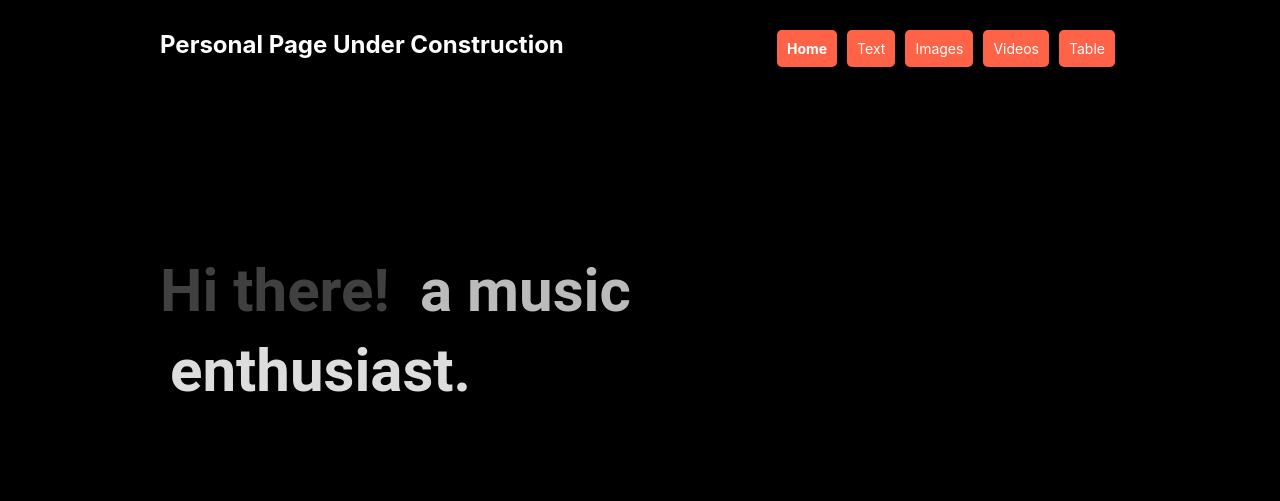
Repository: luhan68/personal_website
Page: index.html
These files come from the project's save history. The page is drawn as it stood at one moment and after the next save; the edit follows.
The browser window is 1280 px wide. The pictures show the whole page.

Above is the page before, as saved 2021-01-30 13:53:33.

### index.html
<div class="container" id="index">
    <link href='style.css' rel='stylesheet' type='text/css'>
    <div class="nav">
        <div class="nav-bar">
            <ul>
                <li class="index"><a href="index.html">Home</a></li>
                <li class="text"><a href="text.html">Text</a></li>
                <li class="images"><a href="image.html">Images</a></li>
                <li class="video"><a href="video.html">Videos</a></li>
                <li class="table"><a href="table.html">Table</a></li>
            </ul>

        </div>
    </div>

    <h2 class="title">Personal Page Under Construction</h2>

<!-- Here for the design idea, I referred to Paul's cool animation design on codepen and fixed a few display width bugs: https://codepen.io/paulvddool/pen/yYeeVE -->

    <div id="animation">
        <div id="text">
            <h1 class="gray">Hi there! I'm</h1>
        </div>
        <div id="first">
            <ul>
                <li><h1 class="silver">Lu.</h1></li>
                <li><h1 class="lightgray">a music</h1></li>
                <li><h1 class="lightgray">a user -</h1></li>
            </ul>
        </div>
        <div id="second">
            <ul>
                <li><h1 class="lightergray">enthusiast.</h1></li>
                <li><h1 class="lightergray">composer.</h1></li>
                <li><h1 class="lightergray">panist.</h1></li>
                <li><h1 class="lightergray">DJ.</h1></li>
                <li><h1 class="lightergray">story lover.</h1></li>
                <li><h1 class="lightergray">experience designer.</h1></li>
            </ul>
        </div>
    </div>

</div>



<div id="fb-root"></div>
<script async defer crossorigin="anonymous" src="https://connect.facebook.net/en_US/sdk.js#xfbml=1&version=v6.0&appId=2126666884255373&autoLogAppEvents=1"></script>

### style.css
* {
    margin: 0;
    padding: 0;
}

body  {
    background-color: black;
    color: white;
    font-family: -apple-system, BlinkMacSystemFont, 'Segoe UI', Roboto, Oxygen, Ubuntu, Cantarell, 'Open Sans', 'Helvetica Neue', sans-serif;
}

.container {
    width: 75vw;
    margin: 0 auto;
    margin-top: 20px;

}

#index .nav .index, #table .nav .table {
	font-weight: bold;
  }

.nav {
    width: 100%;
}

.logo {
    float: left;
    width: 120px;
  margin: 0;
  padding: 0;
}

.nav-bar {
    float: right;
}

.nav-bar ul li {
    float: left;
    list-style-type: none;
    padding: 10px;
    margin: 0 5px;
    background-color: tomato;
    font-size: 14px;
    border-radius: 5px;

    transition: all 0.5s ease-out;
}

.nav-bar ul li:hover {
    background-color: wheat;
}

a {
    color: white;
    text-decoration: none;
}


.title {
text-align: left;
margin: 30px 0;
}

.myVideo {
text-align: center;
}

.myVideo iframe {
margin: 20px 20px;
}

.fb-like {
margin-bottom: 30px;
}

.footer {
width: 100%;
background-color: #333;
text-align: center;
padding: 20px 0;
margin-top: 50px;
}


input[type=text], select, textarea {
    width: 100%; /* Full width */
    padding: 12px; /* Some padding */
    border: 1px solid #ccc; /* Gray border */
    border-radius: 4px; /* Rounded borders */
    box-sizing: border-box; /* Make sure that padding and width stays in place */
    margin-top: 6px; /* Add a top margin */
    margin-bottom: 16px; /* Bottom margin */
    resize: vertical /* Allow the user to vertically resize the textarea (not horizontally) */
  }

  input[type=submit] {
    background-color: #a73012;
    color: white;
    padding: 12px 20px;
    border: none;
    border-radius: 4px;
    cursor: pointer;
  }

  input[type=submit]:hover {
    background-color: #d10c0c;
  }


  .myGallery {
    display: grid;
    grid-gap: 20px;
    grid-template-columns: repeat(auto-fit, minmax(175px, 1fr));
  }

  .myGallery img {
    width: 100%;
  }


table {
    font-family: Arial, Helvetica, sans-serif;
    border-collapse: collapse;
    width: 100%;
  }

table td, table th {
    border: 1px solid rgb(34, 33, 33);
    padding: 8px;
  }

table tr:nth-child(even){background-color: #110f0f;}

table tr:hover {background-color: rgb(46, 43, 43);}

table th {
    padding-top: 12px;
    padding-bottom: 12px;
    text-align: left;
    background-color: #350901;
    color: white;
  }


  p,
label {
    font: 1rem 'Fira Sans', sans-serif;
}

input {
    margin: .4rem;
}


/* I refer to Paul's cool animation design on codepen and fix a few display width bugs: https://codepen.io/paulvddool/pen/yYeeVE */

#animation {
	display: block;
	margin: 20% auto;
	height: 80px;
	width: auto;
}
@media screen and (max-width: 1080px) {
	#animation {
		box-sizing: border-box;
		-moz-box-sizing: border-box;
		padding: 0px;
		width: 100%;
	}
}
@keyframes animateOnce {
	0% { transform: translateY(80px); -webkit-transform: translateY(80px); -moz-transform: translateY(80px); }
	100% { transform: translateY(0px); -webkit-transform: translateY(0px); -moz-transform: translateY(0px); }
}
@-webkit-keyframes animateOnce {
	0% { transform: translateY(80px); -webkit-transform: translateY(80px); -moz-transform: translateY(80px); }
	100% { transform: translateY(0px); -webkit-transform: translateY(0px); -moz-transform: translateY(0px); }
}
#text {
	width: 250px;
	height: 80px;
	float: left;
	overflow: hidden;
}
#text h1 {
	animation: animateOnce 0.2s;
	-webkit-animation: animateOnce 0.2s;
}
@keyframes animateFirst {
	0% { transform: translateY(80px); -webkit-transform: translateY(80px); -moz-transform:translateY(80px); }
	1% { transform: translateY(0px); -webkit-transform: translateY(0px); -moz-transform:translateY(0px); }
	14% { transform: translateY(0px); -webkit-transform: translateY(0px); -moz-transform:translateY(0px); }
	15% { transform: translateY(-80px); -webkit-transform: translateY(-80px); -moz-transform:translateY(-80px); }
	70% { transform: translateY(-80px); -webkit-transform: translateY(-80px); -moz-transform:translateY(-80px); }
	71% { transform: translateY(-160px); -webkit-transform: translateY(-160px); -moz-transform:translateY(-160px); }
	99% { transform: translateY(-160px); -webkit-transform: translateY(-160px); -moz-transform:translateY(-160px); }
	100% { transform: translateY(-240px); -webkit-transform: translateY(-240px); -moz-transform:translateY(-240px); }
}
@-webkit-keyframes animateFirst {
	0% { transform: translateY(80px); -webkit-transform: translateY(80px); -moz-transform:translateY(80px); }
	1% { transform: translateY(0px); -webkit-transform: translateY(0px); -moz-transform:translateY(0px); }
	14% { transform: translateY(0px); -webkit-transform: translateY(0px); -moz-transform:translateY(0px); }
	15% { transform: translateY(-80px); -webkit-transform: translateY(-80px); -moz-transform:translateY(-80px); }
	70% { transform: translateY(-80px); -webkit-transform: translateY(-80px); -moz-transform:translateY(-80px); }
	71% { transform: translateY(-160px); -webkit-transform: translateY(-160px); -moz-transform:translateY(-160px); }
	99% { transform: translateY(-160px); -webkit-transform: translateY(-160px); -moz-transform:translateY(-160px); }
	100% { transform: translateY(-240px); -webkit-transform: translateY(-240px); -moz-transform:translateY(-240px); }
}
@keyframes animateSecond {
	0% { transform: translateY(80px); -webkit-transform: translateY(80px); -moz-transform: translateY(80px); }
	14% { transform: translateY(80px); -webkit-transform: translateY(80px); -moz-transform: translateY(80px); }
	15% { transform: translateY(0px); -webkit-transform: translateY(0px); -moz-transform: translateY(0px); }
	29% { transform: translateY(0px); -webkit-transform: translateY(0px); -moz-transform: translateY(0px); }
	30% { transform: translateY(-80px); -webkit-transform: translateY(-80px); -moz-transform: translateY(-80px); }
	44% { transform: translateY(-80px); -webkit-transform: translateY(-80px); -moz-transform: translateY(-80px); }
	45% { transform: translateY(-160px); -webkit-transform: translateY(-160px); -moz-transform: translateY(-160px); }
	59% { transform: translateY(-160px); -webkit-transform: translateY(-160px); -moz-transform: translateY(-160px); }
	60% { transform: translateY(-240px); -webkit-transform: translateY(-240px); -moz-transform: translateY(-240px); }
	70% { transform: translateY(-240px); -webkit-transform: translateY(-240px); -moz-transform: translateY(-240px); }
	71% { transform: translateY(-320px); -webkit-transform: translateY(-320px); -moz-transform: translateY(-320px); }
	85% { transform: translateY(-320px); -webkit-transform: translateY(-320px); -moz-transform: translateY(-320px); }
	86% { transform: translateY(-400px); -webkit-transform: translateY(-400px); -moz-transform: translateY(-400px); }
	99% { transform: translateY(-400px); -webkit-transform: translateY(-400px); -moz-transform: translateY(-400px); }
	100% { transform: translateY(-480px); -webkit-transform: translateY(-480px); -moz-transform: translateY(-480px); }
}
@-webkit-keyframes animateSecond {
	0% { transform: translateY(80px); -webkit-transform: translateY(80px); -moz-transform: translateY(80px); }
	14% { transform: translateY(80px); -webkit-transform: translateY(80px); -moz-transform: translateY(80px); }
	15% { transform: translateY(0px); -webkit-transform: translateY(0px); -moz-transform: translateY(0px); }
	29% { transform: translateY(0px); -webkit-transform: translateY(0px); -moz-transform: translateY(0px); }
	30% { transform: translateY(-80px); -webkit-transform: translateY(-80px); -moz-transform: translateY(-80px); }
	44% { transform: translateY(-80px); -webkit-transform: translateY(-80px); -moz-transform: translateY(-80px); }
	45% { transform: translateY(-160px); -webkit-transform: translateY(-160px); -moz-transform: translateY(-160px); }
	59% { transform: translateY(-160px); -webkit-transform: translateY(-160px); -moz-transform: translateY(-160px); }
	60% { transform: translateY(-240px); -webkit-transform: translateY(-240px); -moz-transform: translateY(-240px); }
	70% { transform: translateY(-240px); -webkit-transform: translateY(-240px); -moz-transform: translateY(-240px); }
	71% { transform: translateY(-320px); -webkit-transform: translateY(-320px); -moz-transform: translateY(-320px); }
	85% { transform: translateY(-320px); -webkit-transform: translateY(-320px); -moz-transform: translateY(-320px); }
	86% { transform: translateY(-400px); -webkit-transform: translateY(-400px); -moz-transform: translateY(-400px); }
	99% { transform: translateY(-400px); -webkit-transform: translateY(-400px); -moz-transform: translateY(-400px); }
	100% { transform: translateY(-480px); -webkit-transfo	m: translateY(-480px); -moz-transform: translateY(-480px); }
}
#first {
	height: 80px;
	float: left;
	margin-left: 10px;
	overflow: hidden;
}
#first ul {
	width: 230px;
	list-style: none;
	margin: 0;
	padding: 0;
	animation: animateFirst 21s infinite;
	-webkit-animation: animateFirst 21s infinite;
}

#second {
	height: 80px;
	float: left;
	margin-left: 10px;
	overflow: hidden;
}
#second ul {
	width: 600px;
	list-style: none;
	margin: 0;
	padding: 0;
	animation: animateSecond 21s infinite;
	-webkit-animation: animateSecond 21s infinite;
}

h1 {
	font-family: 'Roboto', 'Helvetica Neue', Helvetica, Arial;
	font-size: 60px;
	font-weight: 700;
	line-height: 80px;
	margin: 0px;
}
.gray {
	color: #404040;
}
.silver {
	color: #909090;
}
.lightgray {
	color: #BBB;
}
.lightergray {
	color: #DDD;
}

After the next save:
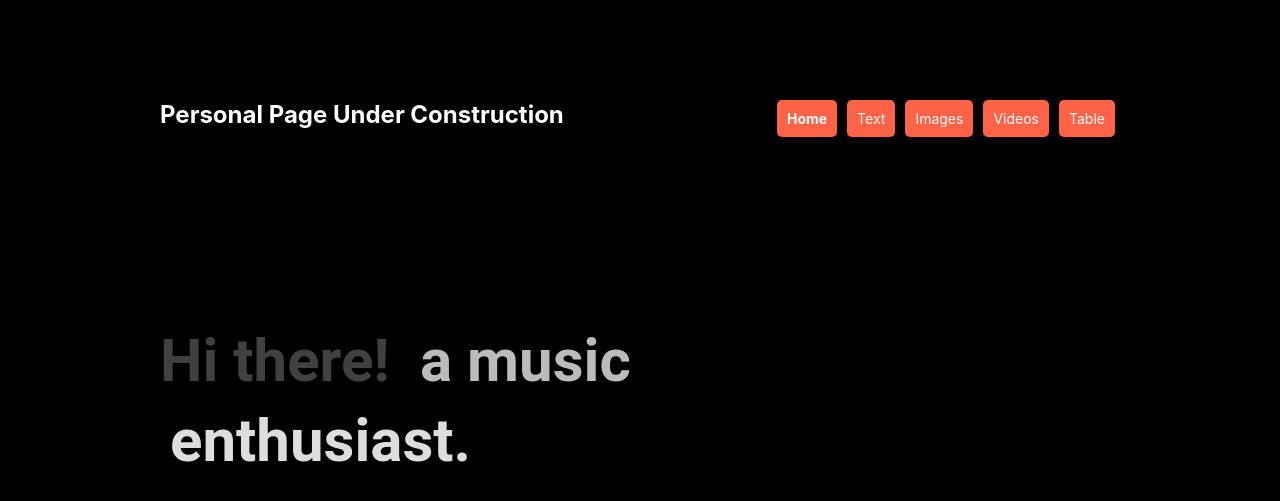
Saved 5 s later.
--- a/style.css
+++ b/style.css
@@ -12,7 +12,7 @@
 .container {
     width: 75vw;
     margin: 0 auto;
-    margin-top: 20px;
+    margin-top: 100px;
 
 }
 

After the save that followed:
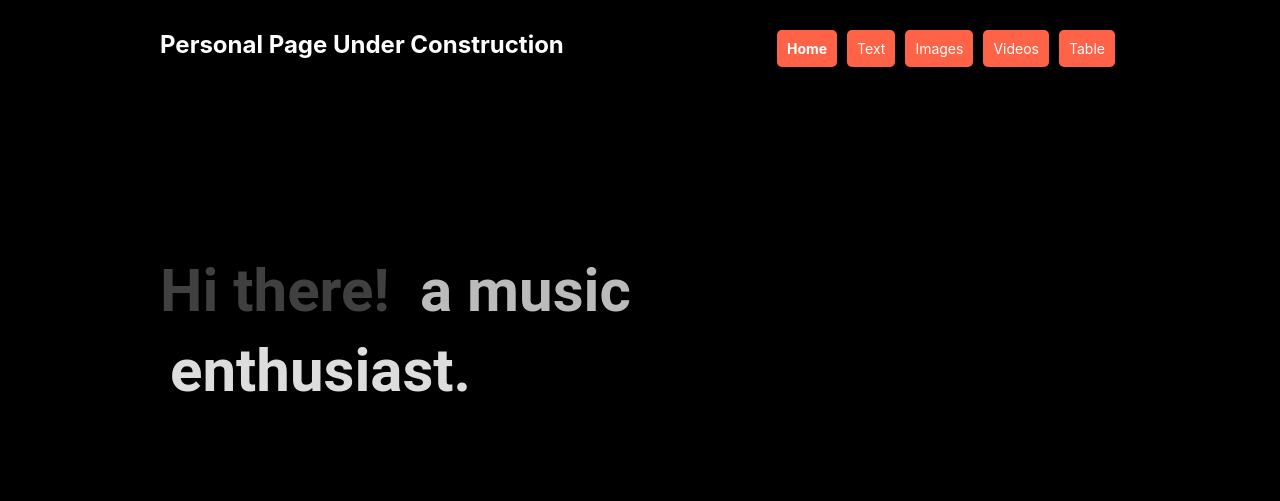
Saved 6 s later.
--- a/style.css
+++ b/style.css
@@ -12,7 +12,7 @@
 .container {
     width: 75vw;
     margin: 0 auto;
-    margin-top: 100px;
+    margin-top: 20px;
 
 }
 
